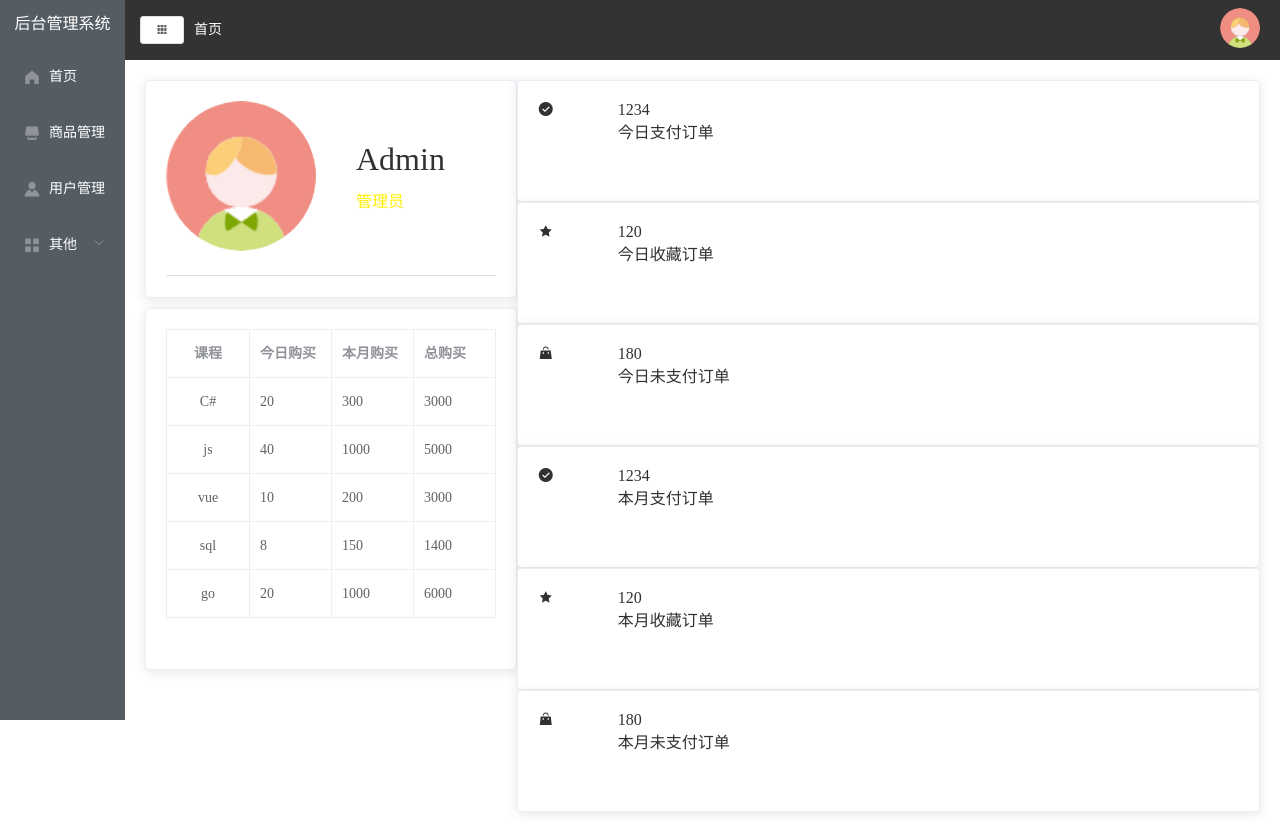
Repository: tkqi/manage
Page: /
An editor plug-in stored every save of this project. The page is shown before and after the next save, followed by the edit.
The browser window is 1280 px wide. The pictures show the whole page.
The project was rebuilt for these pictures with package versions that can differ from the ones it lists, and the page was loaded fresh each time. Also part of the build but not shown: vue.config.js.

Above is the page before, as saved 2023-12-06 11:06:01.

After the next save:
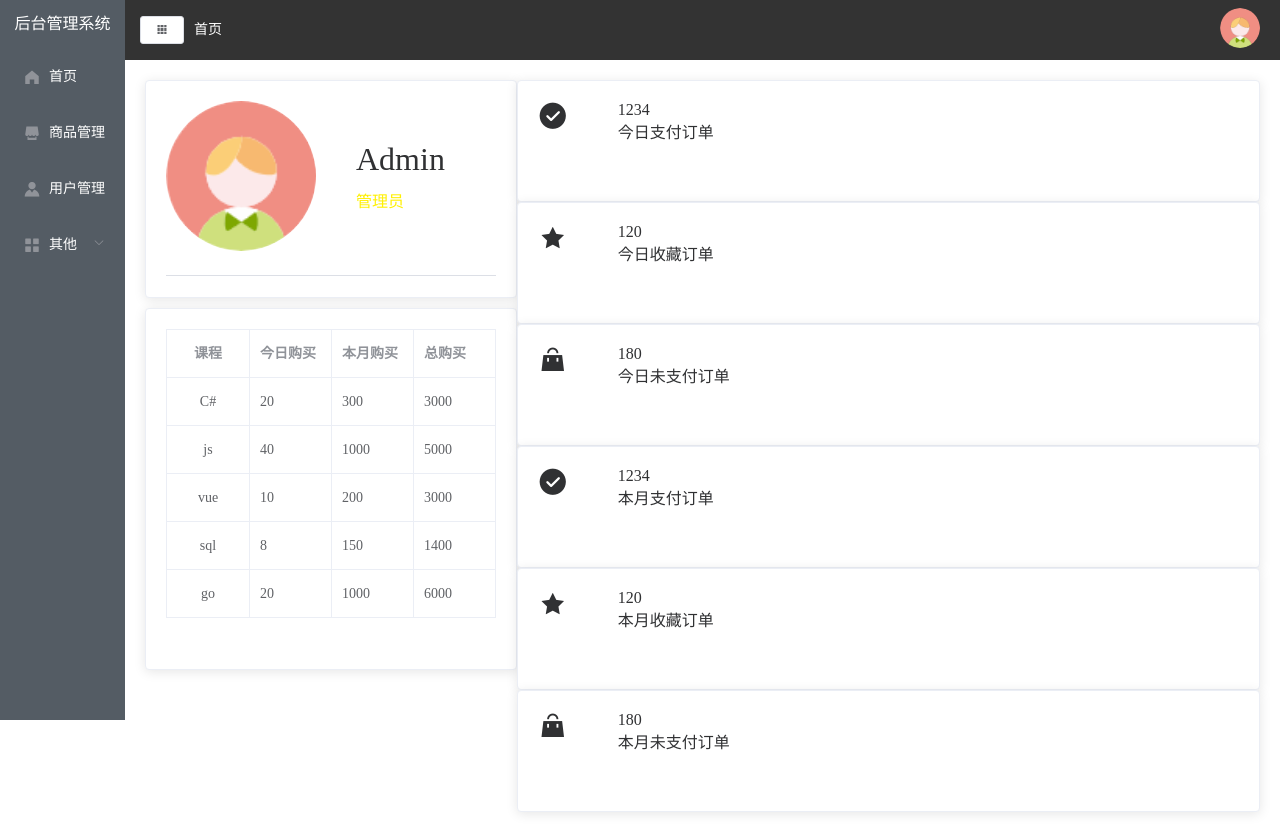
Saved 15 s later.
--- a/src/views/Home.vue
+++ b/src/views/Home.vue
@@ -175,5 +175,6 @@ export default {
 .icon{
     width: 80px;
     height: 80px;
+    font-size: 30px;
 }
 </style>
